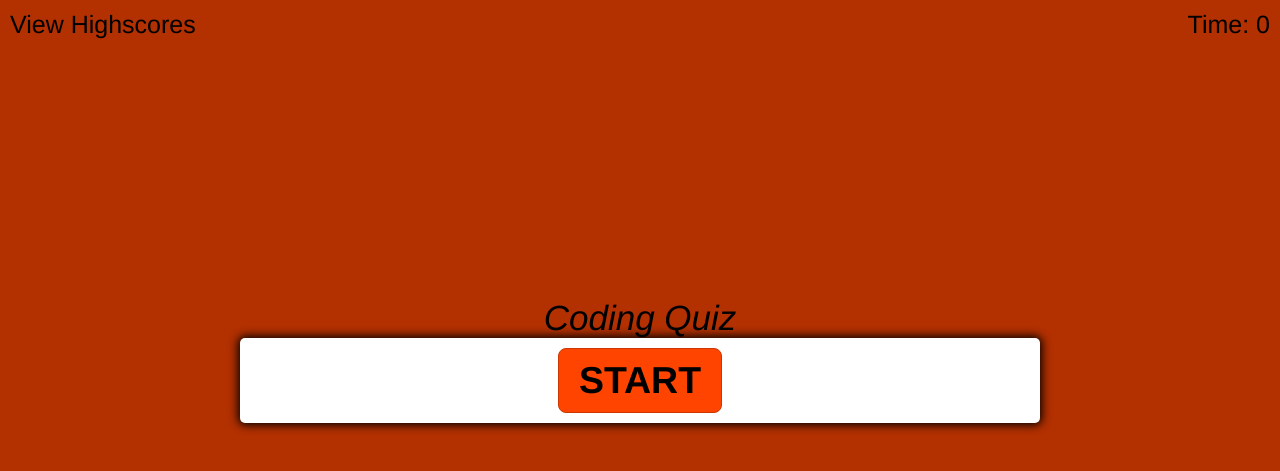
Repository: Vshepard879/Code-Quiz
Page: index.html
An editor plug-in stored every save of this project. The page is shown before and after the next save, followed by the edit.
The browser window is 1280 px wide. The pictures show the whole page.

Above is the page before, as saved 2022-03-18 22:14:18.

After the next save:
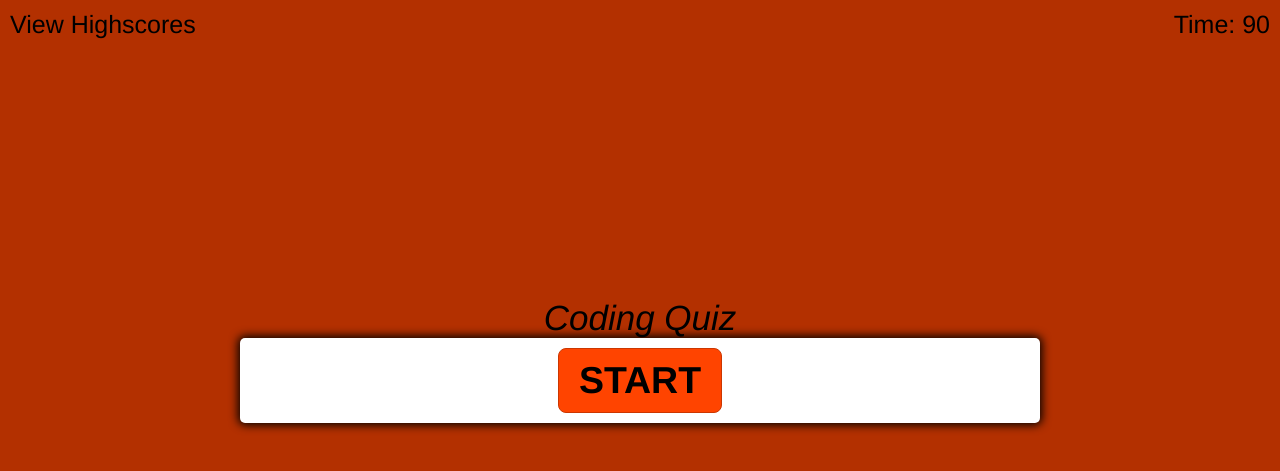
Saved 3 min 28 s later.
--- a/index.html
+++ b/index.html
@@ -13,7 +13,7 @@
     <header>Coding Quiz</header>
     <div class ="scores"><a href="score.html">View Highscores</a></div>
 
-    <div class="timer">Time: <span id="time">0</span></div>
+    <div class="timer">Time: <span id="time">90</span></div>
 
     <!--Start Quiz Container-->
     <div class="container">
